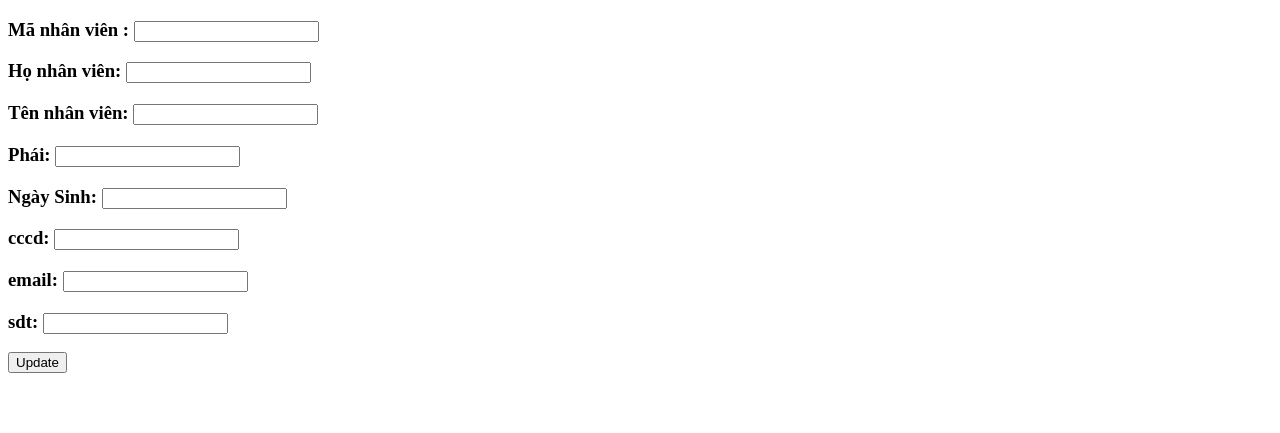
Repository: QuanghuyK1/CNPM
Page: http://localhost/CNPM/WEB-INF/views/admin/info.jsp
These files come from the project's save history. The page is drawn as it stood at one moment and after the next save; the edit follows.
The browser window is 1280 px wide. The pictures show the whole page.
The page is served by Tomcat 9. Nobody is signed in. The template is opened directly, without the code that normally fills it, so the values that code supplies are empty.

Above is the page before, as saved 2022-04-23 03:35:48.

After the next save:
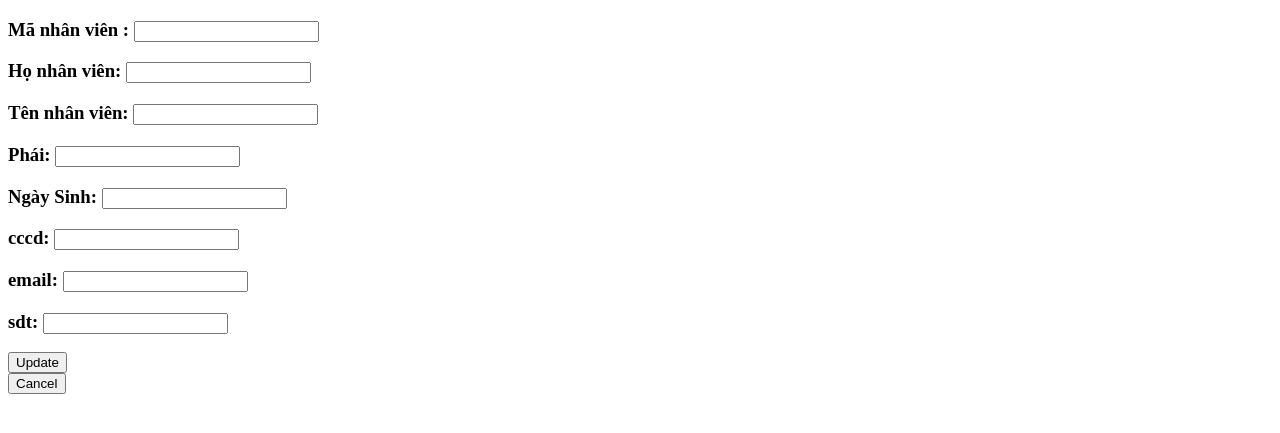
Saved 7 min 6 s later.
--- a/CNPM-main/WebXeKhach/CNPM/src/main/webapp/WEB-INF/views/admin/info.jsp
+++ b/CNPM-main/WebXeKhach/CNPM/src/main/webapp/WEB-INF/views/admin/info.jsp
@@ -27,5 +27,6 @@
 		<h3>sdt: <form:input path = "sdt" value = "${nv.sdt }"/></h3>
 		<button>Update</button>
 	</form:form>
+	<form action = "back.htm"><button>Cancel</button></form>
 </body>
 </html>

After the save that followed:
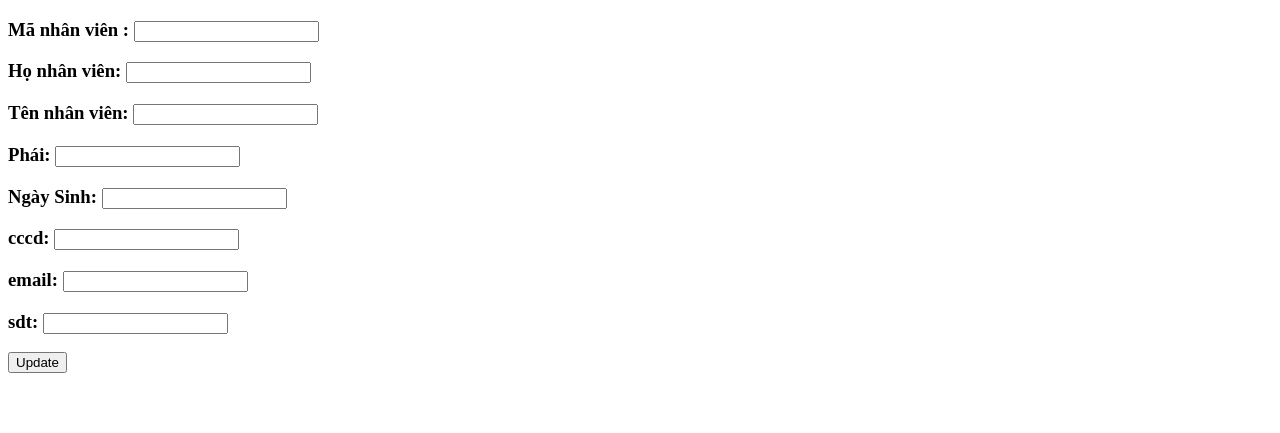
Saved 11 min 45 s later.
--- a/CNPM-main/WebXeKhach/CNPM/src/main/webapp/WEB-INF/views/admin/info.jsp
+++ b/CNPM-main/WebXeKhach/CNPM/src/main/webapp/WEB-INF/views/admin/info.jsp
@@ -27,6 +27,5 @@
 		<h3>sdt: <form:input path = "sdt" value = "${nv.sdt }"/></h3>
 		<button>Update</button>
 	</form:form>
-	<form action = "back.htm"><button>Cancel</button></form>
 </body>
 </html>
